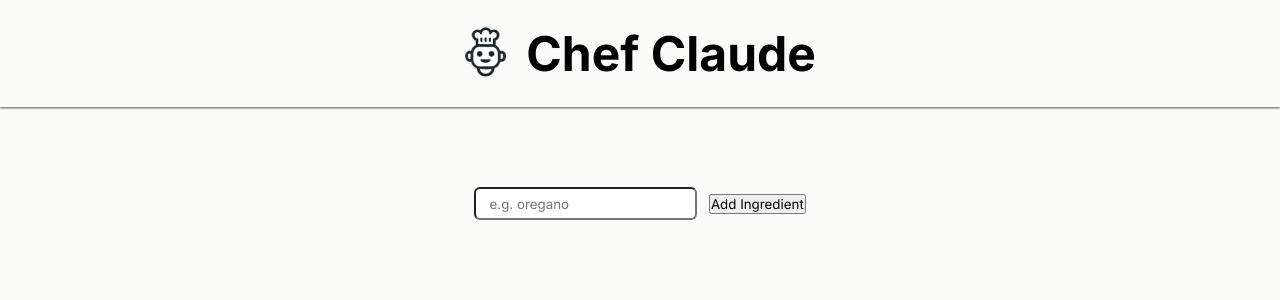
Repository: AchrafAzzaoui/Chef_Claude--React_Course_Scrimba_Project
Page: / (app in project/)
These files come from the project's save history. The page is drawn as it stood at one moment and after the next save; the edit follows.
The browser window is 1280 px wide. The pictures show the whole page.
The project was rebuilt for these pictures with package versions that can differ from the ones it lists, and the page was loaded fresh each time. Also part of the build but not shown: project/vite.config.js.

Above is the page before, as saved 2024-11-30 17:49:01.

After the next save:
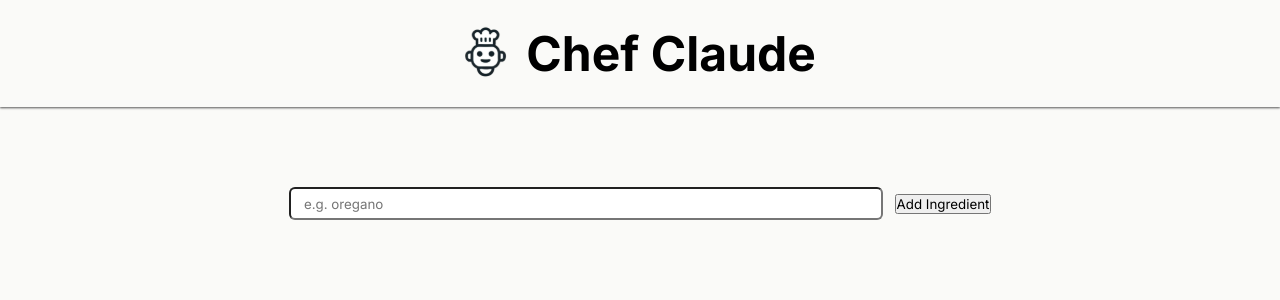
Saved 91 s later.
--- a/project/index.css
+++ b/project/index.css
@@ -42,5 +42,6 @@
 
 .add-ingredient-form .form-group input {
   padding: 0.5em 1em;
+  width: 37.125rem;
   border-radius: 6px;
 }
